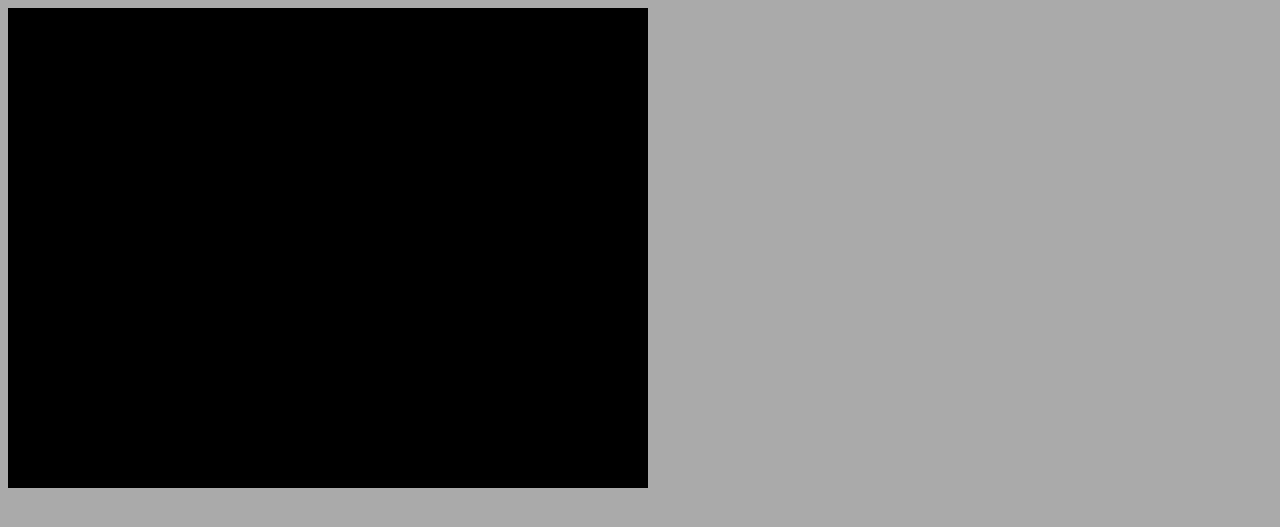
Repository: ChristeZeng/ComputerGraphics
Page: Lab2/Test.html
An editor plug-in stored every save of this project. The page is shown before and after the next save, followed by the edit.
The browser window is 1280 px wide. The pictures show the whole page.

Above is the page before, as saved 2021-09-29 14:52:45.

### Lab2/Test.html
<!DOCTYPE html>
<html>
<head>
  <title>Test</title>
  <script type="text/javascript" src="Test.js"></script>
</head>
<style>
  body {
    background-color: #aaaaaa;
  }
</style>
<body onload="main()">
    <canvas id="glcanvas" width="640" height="480">
      你的浏览器似乎不支持或者禁用了HTML5 <code>&lt;canvas&gt;</code> 元素.
    </canvas>
</body>
</html>

### Lab2/Test.js
function main()
{
    const canvas = document.querySelector("#glcanvas");
    const gl = canvas.getContext("webgl");
    if(!gl)
    {
        alert("No WebGL");
        return;
    }

    gl.clearColor(0.0, 0.0, 0.0, 1.0);
    gl.clear(gl.COLOR_BUFFER_BIT);
}

After the next save:
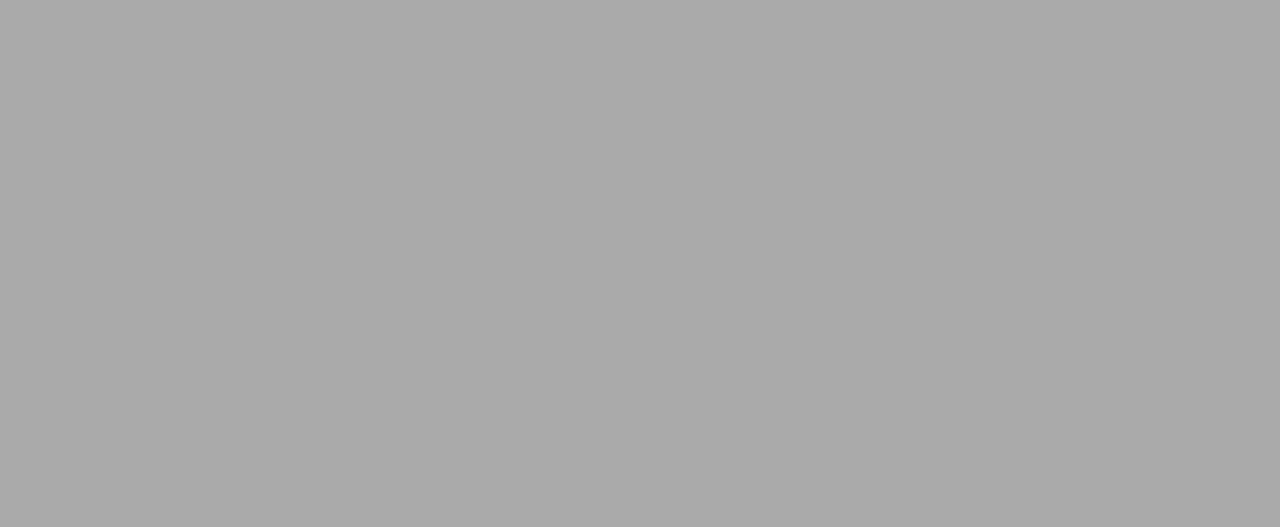
Console error: SyntaxError: Unexpected end of input
Saved 24 min 57 s later.
--- a/Lab2/Test.js
+++ b/Lab2/Test.js
@@ -11,3 +11,6 @@
     gl.clearColor(0.0, 0.0, 0.0, 1.0);
     gl.clear(gl.COLOR_BUFFER_BIT);
 }
+
+
+`;

After the save that followed:
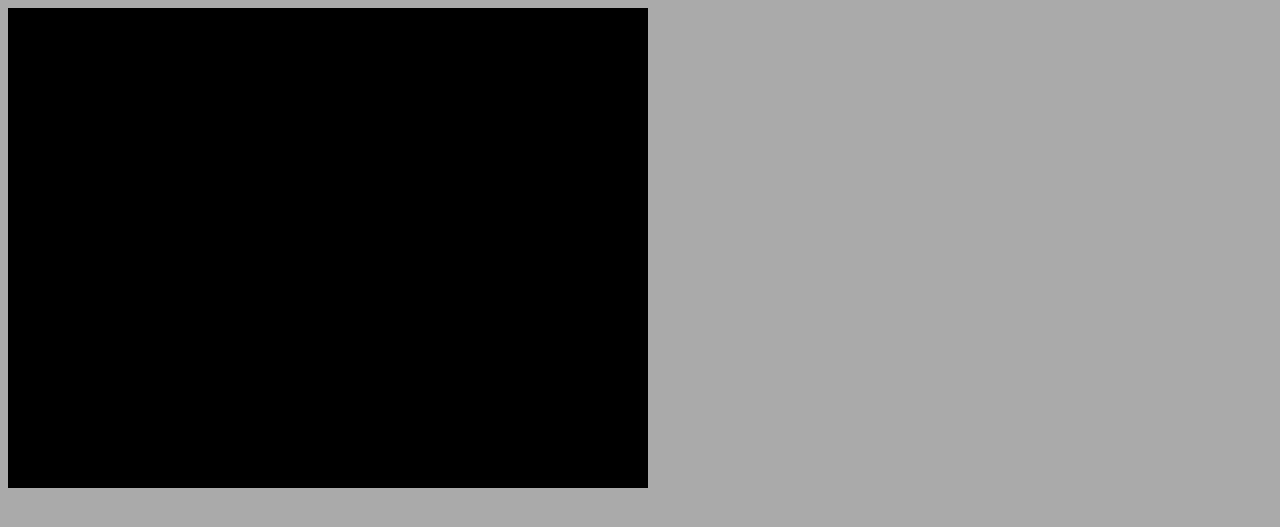
The error is gone.
Saved 5 s later.
--- a/Lab2/Test.js
+++ b/Lab2/Test.js
@@ -11,6 +11,3 @@
     gl.clearColor(0.0, 0.0, 0.0, 1.0);
     gl.clear(gl.COLOR_BUFFER_BIT);
 }
-
-
-`;
